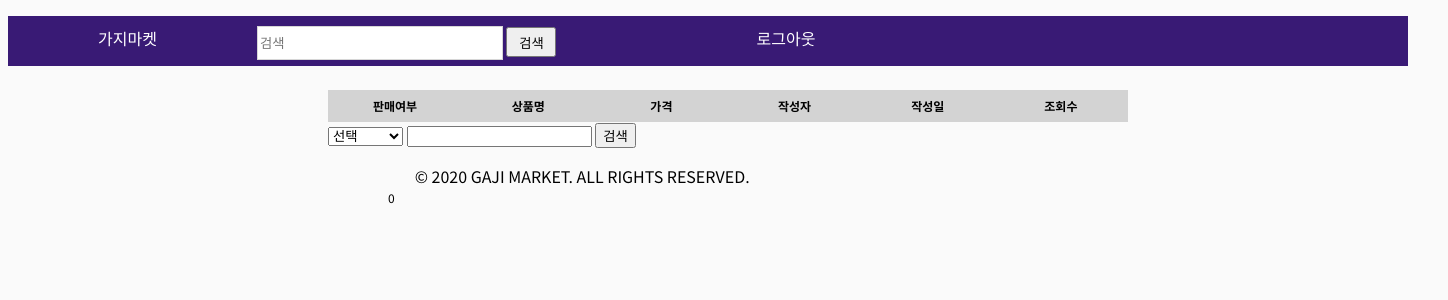
Repository: dblee0128/gajimarket
Page: http://localhost/GajiMarket/WEB-INF/views/_backup/admin/board/get_backup.jsp
An editor plug-in stored every save of this project. The page is shown before and after the next save, followed by the edit.
The browser window is 1280 px wide. The page is 1448 px wide, so the pictures cover 1448 px, including what lies to the right of the window. The pictures show the whole page.
The page is served by Tomcat 9. Nobody is signed in. The template is opened directly, without the code that normally fills it, so the values that code supplies are empty.

Above is the page before, as saved 2020-10-31 02:08:04.

After the next save:
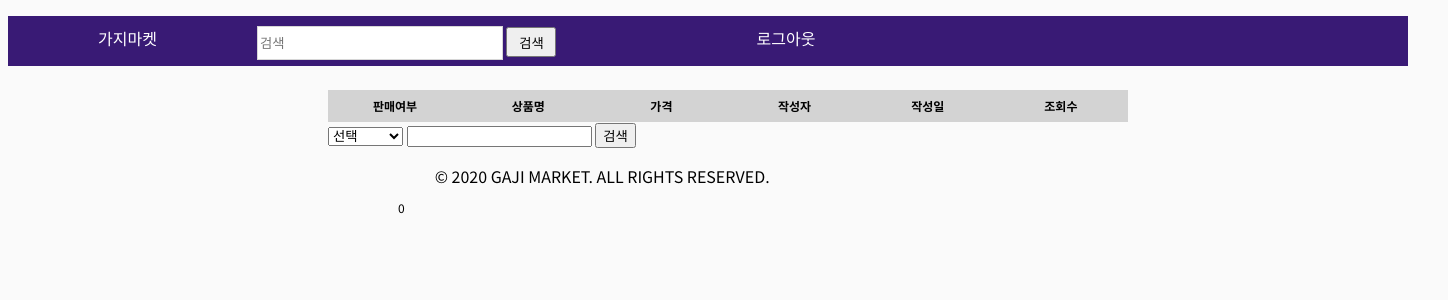
Saved 8 s later.
--- a/GajiMarket/src/main/webapp/resources/css/board.css
+++ b/GajiMarket/src/main/webapp/resources/css/board.css
@@ -62,5 +62,5 @@ ul {
 li {
 	list-style: none;
 	float: left;
-	padding: 20px;
+	padding: 30px;
 }
